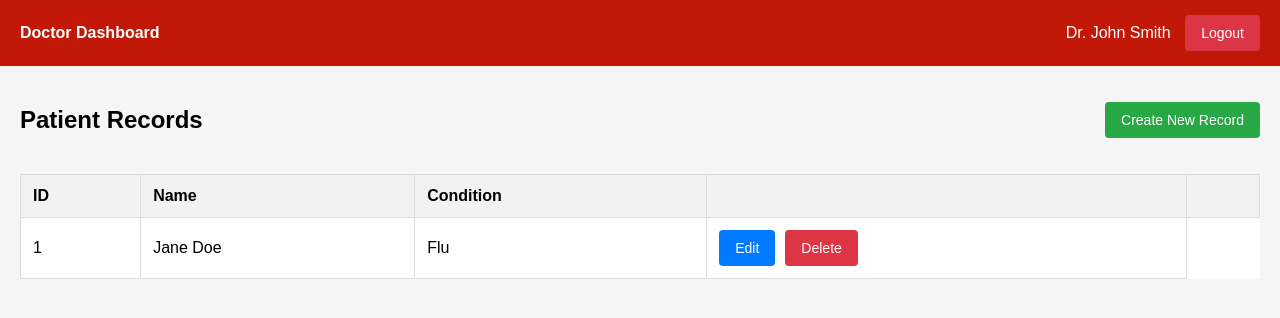
Repository: BinuriJ/HospitalSystem
Page: http://localhost/CyborgSys/DoctorDashboard.jsp
An editor plug-in stored every save of this project. The page is shown before and after the next save, followed by the edit.
The browser window is 1280 px wide. The pictures show the whole page.
The page is served by Tomcat 9.

Above is the page before, as saved 2025-05-09 16:59:20.

### CyborgSys/WebContent/DoctorDashboard.jsp
<%@ page language="java" contentType="text/html; charset=UTF-8" pageEncoding="UTF-8"%>
<%@ include file="DocterDashboardstyles.jsp" %>
<!DOCTYPE html>
<html>
<head>
    <meta charset="UTF-8">
    <title>Doctor Dashboard</title>
</head>
<body>

<div class="top-bar">
    <div><strong>Doctor Dashboard</strong></div>
    <div>
        <span>Dr. John Smith</span>
        <button class="btn btn-delete" style="margin-left: 10px;">Logout</button>
    </div>
</div>

<div class="container">
    <div class="header">
        <h2>Patient Records</h2>
        <button class="btn btn-create">Create New Record</button>
    </div>

    <table>
        <thead>
            <tr>
                <th>ID</th>
                <th>Name</th>
                <th>Condition</th>
                <th><th>
            </tr>
        </thead>
        <tbody>
            <tr>
                <td>1</td>
                <td>Jane Doe</td>
                <td>Flu</td>
                <td>
                    <div class="actions">
                        <button class="btn btn-edit">Edit</button>
                        <button class="btn btn-delete">Delete</button>
                    </div>
                </td>
            </tr>
        </tbody>
    </table>
</div>

</body>
</html>

### CyborgSys/WebContent/DocterDashboardstyles.jsp
<style>
body {
    font-family: Arial, sans-serif;
    margin: 0;
    background-color: #f5f5f5;
}

.top-bar {
    background-color: #c21807;
    color: white;
    padding: 15px 20px;
    display: flex;
    justify-content: space-between;
    align-items: center;
}

.container {
    padding: 20px;
}

.header {
    display: flex;
    justify-content: space-between;
    align-items: center;
    margin-bottom: 20px;
}

.btn {
    padding: 10px 16px;
    border: none;
    border-radius: 4px;
    cursor: pointer;
    font-size: 14px;
}

.btn-create {
    background-color: #28a745;
    color: white;
}

.btn-edit {
    background-color: #007bff;
    color: white;
}

.btn-delete {
    background-color: #dc3545;
    color: white;
}

table {
    width: 100%;
    border-collapse: collapse;
    background-color: white;
}

th, td {
    border: 1px solid #ddd;
    padding: 12px;
    text-align: left;
}

th {
    background-color: #f2f2f2;
}

.actions {
    display: flex;
    gap: 10px;
}
</style>

After the next save:
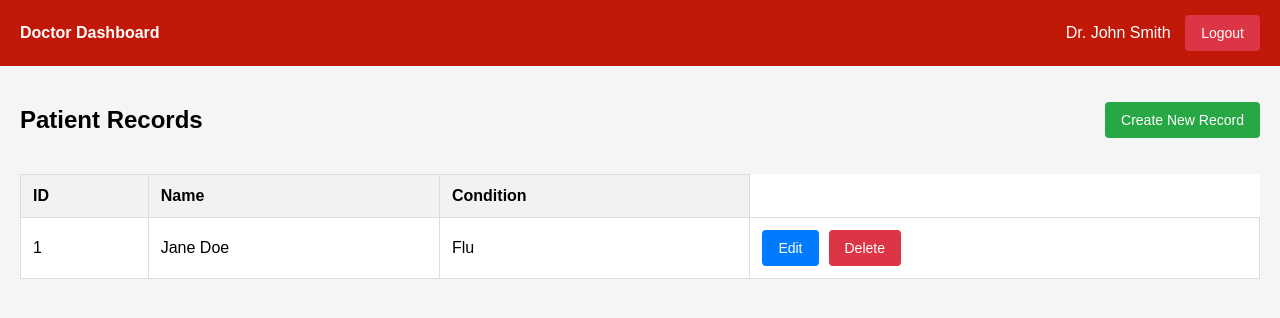
Saved 30 s later.
--- a/CyborgSys/WebContent/DoctorDashboard.jsp
+++ b/CyborgSys/WebContent/DoctorDashboard.jsp
@@ -28,7 +28,6 @@
                 <th>ID</th>
                 <th>Name</th>
                 <th>Condition</th>
-                <th><th>
             </tr>
         </thead>
         <tbody>
